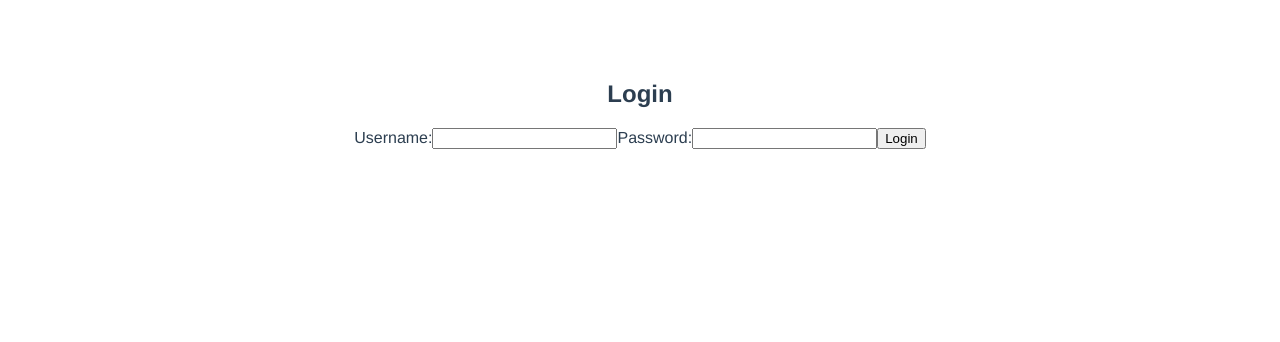
Repository: anhthu112/Todo-list
Page: /
An editor plug-in stored every save of this project. The page is shown before and after the next save, followed by the edit.
The browser window is 1280 px wide. The pictures show the whole page.
The project was rebuilt for these pictures with package versions that can differ from the ones it lists, and the page was loaded fresh each time. Also part of the build but not shown: vue.config.js.

Above is the page before, as saved 2024-02-01 11:24:50.

### src/App.vue
<template>
  <div class="container">
    <!-- <CompTodo/> -->
    <Login/>
  </div>
</template>

<script>
// import CompTodo from './components/CompTodo.vue';
import Login from './components/Login.vue'

export default {
  name: 'App',

  components: {
    // CompTodo,
    Login,
},
}
</script>

<style>
#app {
  font-family: Avenir, Helvetica, Arial, sans-serif;
  -webkit-font-smoothing: antialiased;
  -moz-osx-font-smoothing: grayscale;
  text-align: center;
  color: #2c3e50;
  margin-top: 60px;
}
.container{
    display: flex;
    justify-content: center;
  }
</style>

### src/components/Login.vue
<template>
    <div>
      <h2>Login</h2>
      <form @submit.prevent="login">
        <label for="username">Username:</label>
        <input type="text" id="username" v-model="username" required>
        <label for="password">Password:</label>
        <input type="password" id="password" v-model="password" required>
        <button type="submit">Login</button>
      </form>
    </div>
  </template>

  <script>
  export default {
    name: 'login-page',
    data() {
      return {
        username: '',
        password: ''
      };
    },
    methods: {
      login() {
        console.log('Username:', this.username);
        console.log('Password:', this.password);
      }
    }
  };
  </script>

  <style scoped>
  </style>

Loaded but not shown: public/index.html (common file); src/main.js (common file)

After the next save:
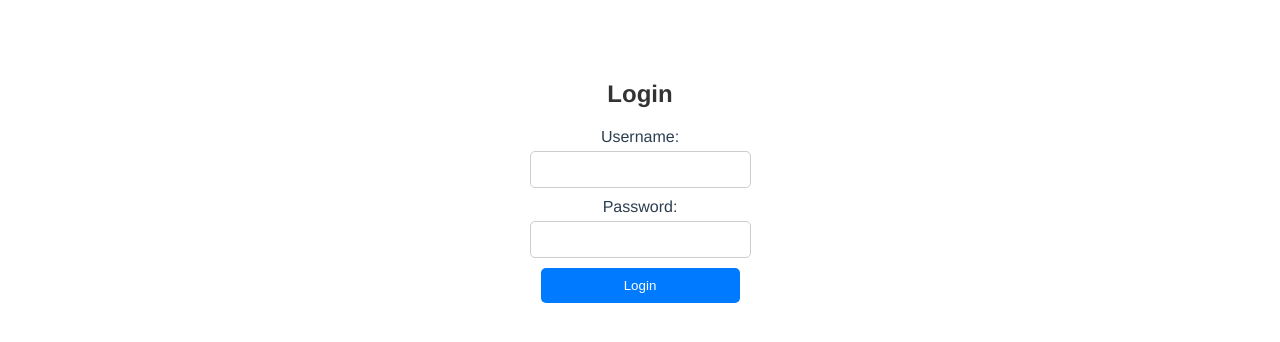
Saved 5 min 24 s later.
--- a/src/components/Login.vue
+++ b/src/components/Login.vue
@@ -30,4 +30,51 @@
   </script>
 
   <style scoped>
+    .container {
+    width: 300px;
+    margin: 50px auto;
+    padding: 20px;
+    border-radius: 10px;
+    background-color: #f5f5f5;
+    box-shadow: 0 0 10px rgba(0, 0, 0, 0.1);
+    }
+
+    h2 {
+    text-align: center;
+    color: #333;
+    }
+
+    form {
+    display: flex;
+    flex-direction: column;
+    align-items: center;
+    }
+
+    label {
+    margin-bottom: 5px;
+    }
+
+    input[type="text"],
+    input[type="password"] {
+    width: 100%;
+    padding: 10px;
+    margin-bottom: 10px;
+    border: 1px solid #ccc;
+    border-radius: 5px;
+    }
+
+    button[type="submit"] {
+    width: 100%;
+    padding: 10px;
+    border: none;
+    border-radius: 5px;
+    background-color: #007bff;
+    color: #fff;
+    cursor: pointer;
+    }
+
+    button[type="submit"]:hover {
+    background-color: #0056b3;
+    }
+
   </style>
